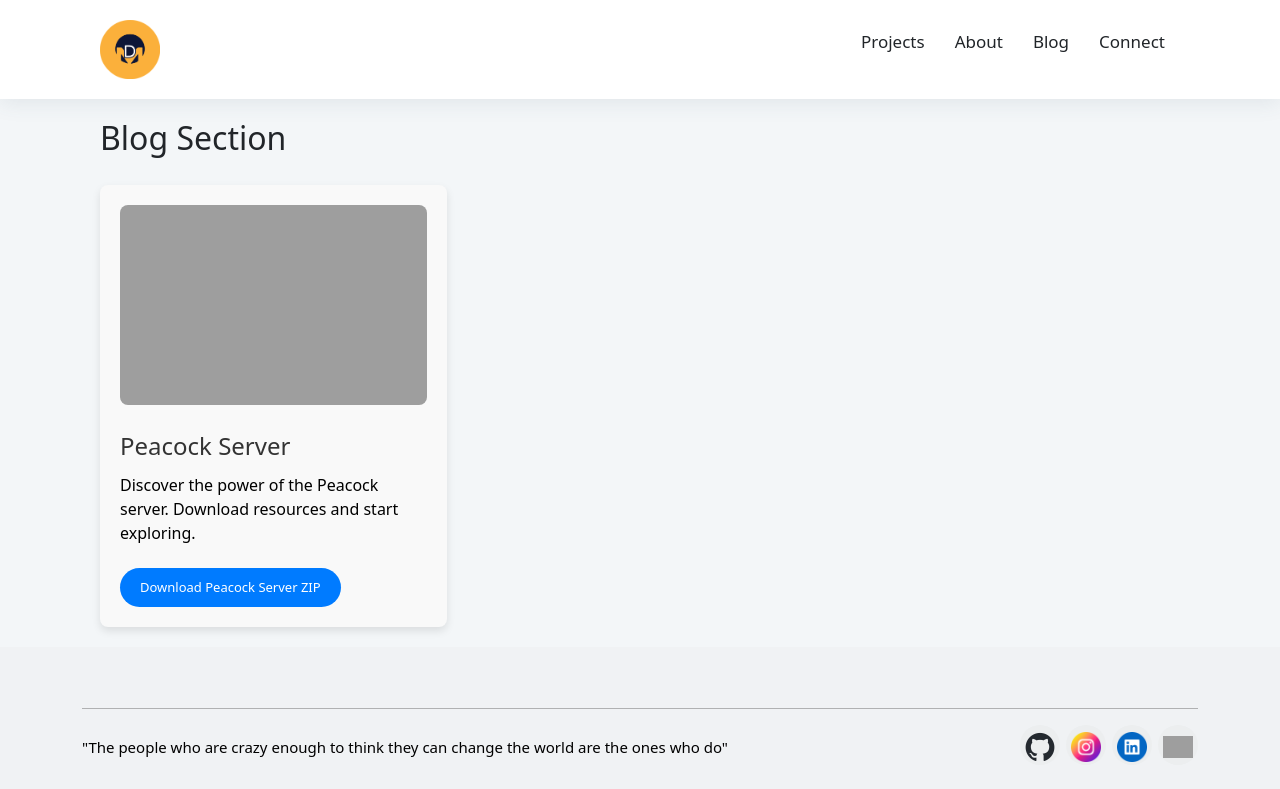
Repository: kaizoku010/firebrand
Page: /blog
These files come from the project's save history. The page is drawn as it stood at one moment and after the next save; the edit follows.
The browser window is 1280 px wide. The pictures show the whole page.
Pictures or frames that could not be fetched are drawn as grey boxes. The project was rebuilt for these pictures with package versions that can differ from the ones it lists, and the page was loaded fresh each time. Also part of the build but not shown: vite.config.js, src/update/homescreen.js, src/update/about.css, src/components/chips.css, src/components/chips.js, src/update/about.js, src/dataPoint/AllProjects.js, src/update/appsPage.js and 2 more.

Above is the page before, as saved 2024-11-11 11:55:58.

After the next save:
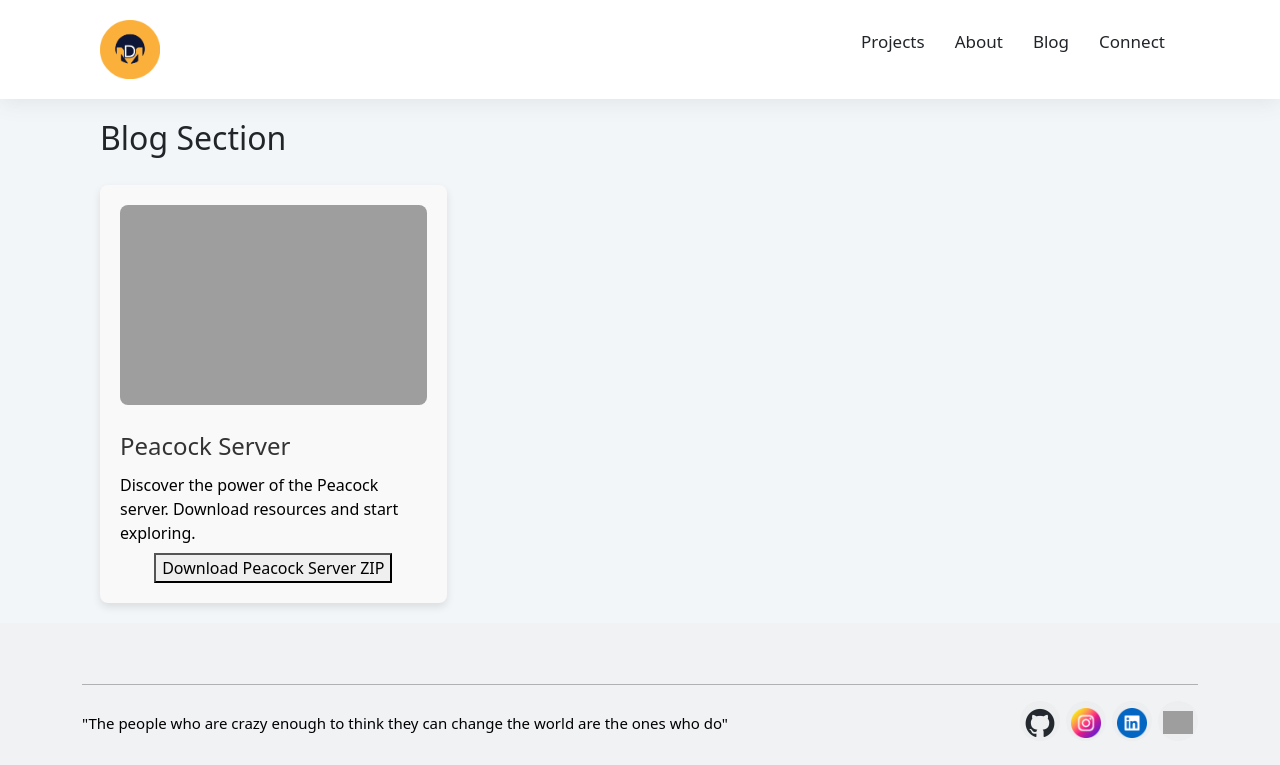
Saved 6 s later.
--- a/src/update/blog.js
+++ b/src/update/blog.js
@@ -28,7 +28,7 @@ function Blog() {
           <h2 className="blog-item-title">{blog.title}</h2>
           <p className="blog-item-description">{blog.description}</p>
           {blog.id === 1 && (
-            <button className="download-button" onClick={handleDownload}>
+            <button className="download-button-2" onClick={handleDownload}>
               Download Peacock Server ZIP
             </button>
           )}

After the save that followed:
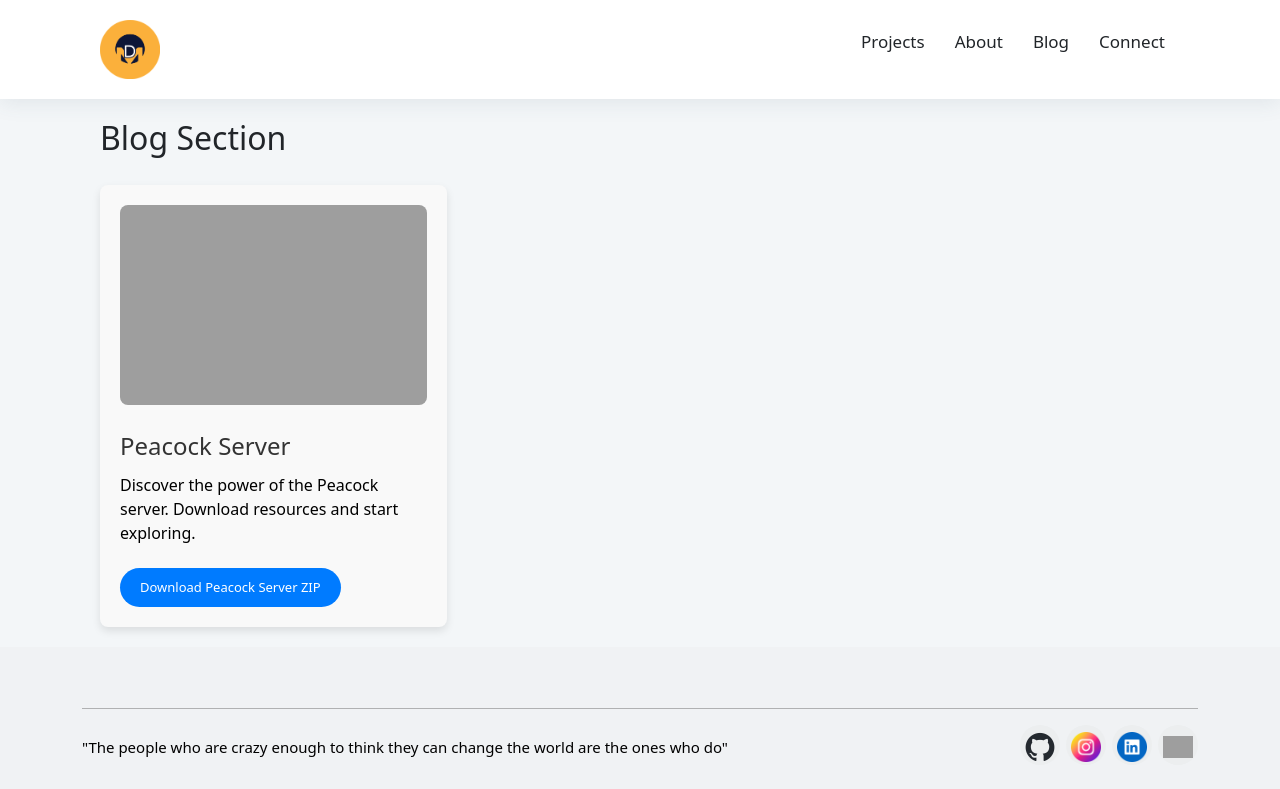
Saved 3 s later.
--- a/src/update/blog.css
+++ b/src/update/blog.css
@@ -45,7 +45,7 @@ padding-top: 20px;
     margin: 0.5em 0;
   }
 
-  .download-button {
+  .download-button-2 {
     margin-top: 15px;
     padding: 10px 20px;
     align-self: self-start;
